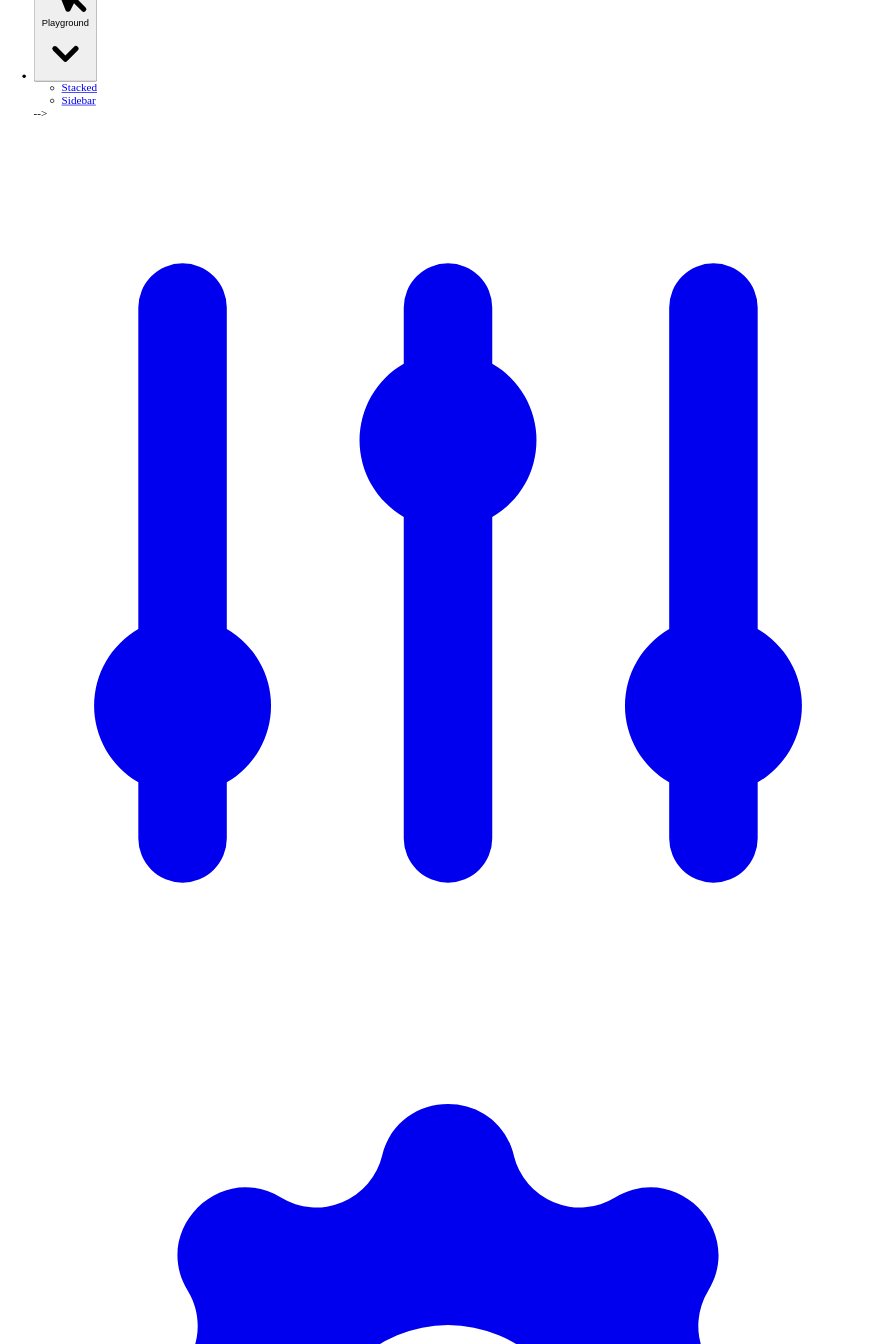
Repository: mosesvk/flowbite-admin-dashboard
Page: layouts/partials/sidebar.html
An editor plug-in stored every save of this project. The page is shown before and after the next save, followed by the edit.
The browser window is 1280 px wide. The pictures show the part of the page from y = 3411 to 5331 px (the page is 6152 px tall before and 7434 px after), at 70% of full size.

Above is the page before, as saved 2023-09-25 07:40:07.

After the next save:
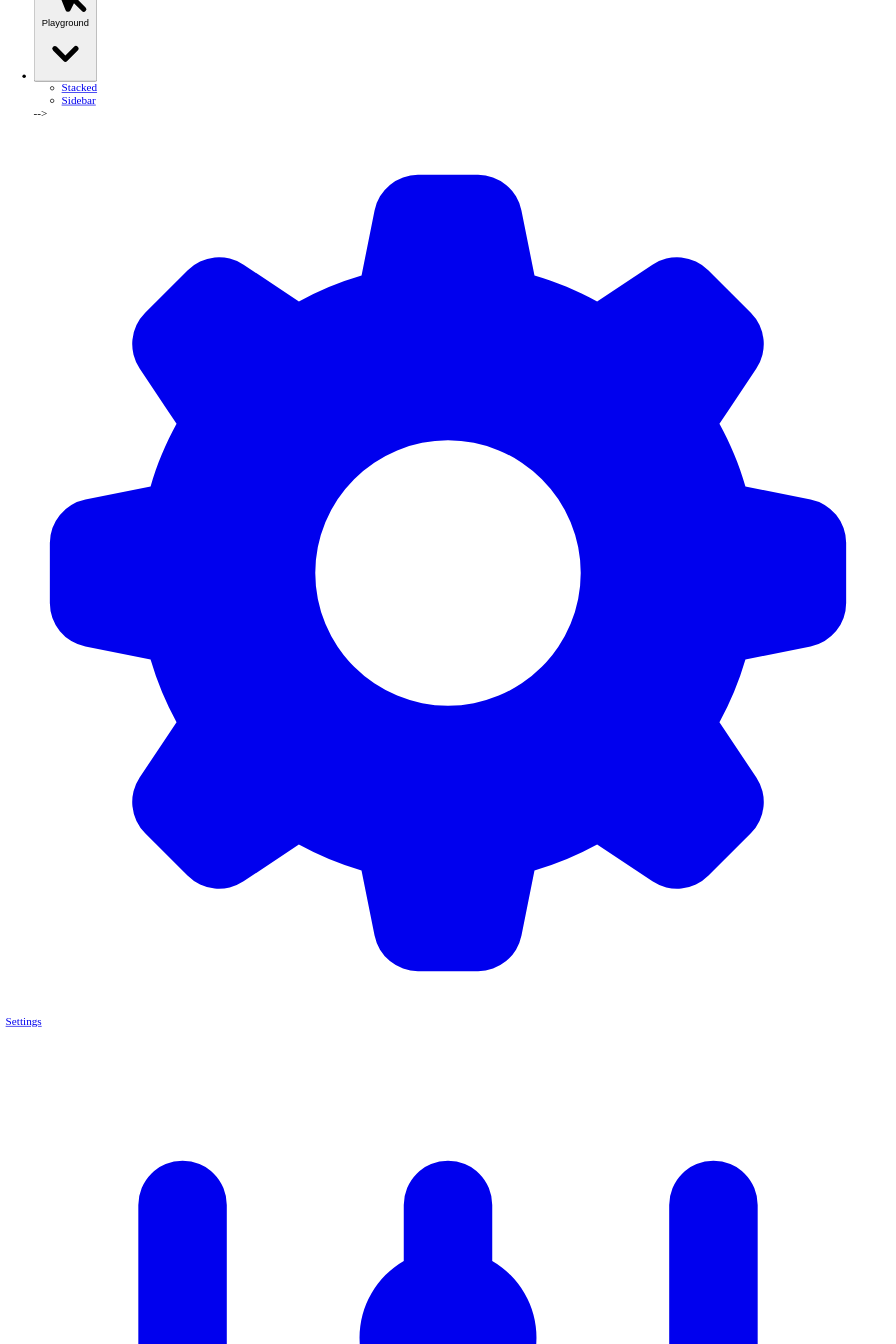
Saved 14 s later.
--- a/layouts/partials/sidebar.html
+++ b/layouts/partials/sidebar.html
@@ -121,7 +121,12 @@
           </li> -->
         </ul>
         <div class="pt-2 space-y-2">
-
+            <a href="{{ "settings/" | relURL }}" class="flex items-center p-2 text-base text-gray-900 rounded-lg hover:bg-gray-100 group dark:text-gray-200 dark:hover:bg-gray-700 {{ if eq $page_slug "settings" }} bg-gray-100 dark:bg-gray-700 {{ end }}">
+                <svg class="w-6 h-6 text-gray-500 transition duration-75 group-hover:text-gray-900 dark:text-gray-400 dark:group-hover:text-white" fill="currentColor" viewBox="0 0 20 20" xmlns="http://www.w3.org/2000/svg" aria-hidden="true">
+                  <path clip-rule="evenodd" fill-rule="evenodd" d="M8.34 1.804A1 1 0 019.32 1h1.36a1 1 0 01.98.804l.295 1.473c.497.144.971.342 1.416.587l1.25-.834a1 1 0 011.262.125l.962.962a1 1 0 01.125 1.262l-.834 1.25c.245.445.443.919.587 1.416l1.473.294a1 1 0 01.804.98v1.361a1 1 0 01-.804.98l-1.473.295a6.95 6.95 0 01-.587 1.416l.834 1.25a1 1 0 01-.125 1.262l-.962.962a1 1 0 01-1.262.125l-1.25-.834a6.953 6.953 0 01-1.416.587l-.294 1.473a1 1 0 01-.98.804H9.32a1 1 0 01-.98-.804l-.295-1.473a6.957 6.957 0 01-1.416-.587l-1.25.834a1 1 0 01-1.262-.125l-.962-.962a1 1 0 01-.125-1.262l.834-1.25a6.957 6.957 0 01-.587-1.416l-1.473-.294A1 1 0 011 10.68V9.32a1 1 0 01.804-.98l1.473-.295c.144-.497.342-.971.587-1.416l-.834-1.25a1 1 0 01.125-1.262l.962-.962A1 1 0 015.38 3.03l1.25.834a6.957 6.957 0 011.416-.587l.294-1.473zM13 10a3 3 0 11-6 0 3 3 0 016 0z"></path>
+                </svg>
+                <span class="ml-3" sidebar-toggle-item>Settings</span>
+            </a>
         </div>
       </div>
     </div>

After the save that followed:
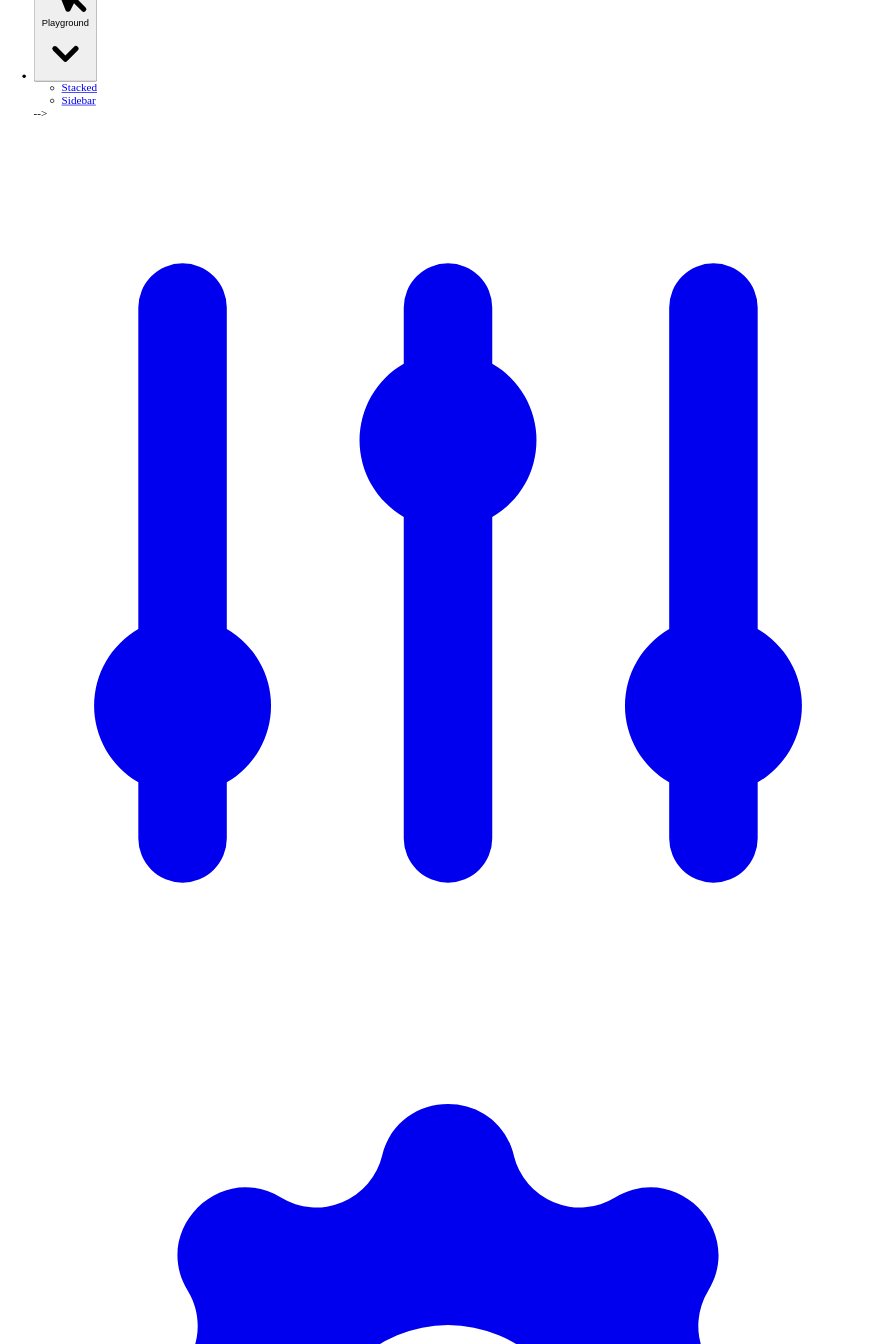
Saved 2 min 52 s later.
--- a/layouts/partials/sidebar.html
+++ b/layouts/partials/sidebar.html
@@ -121,12 +121,7 @@
           </li> -->
         </ul>
         <div class="pt-2 space-y-2">
-            <a href="{{ "settings/" | relURL }}" class="flex items-center p-2 text-base text-gray-900 rounded-lg hover:bg-gray-100 group dark:text-gray-200 dark:hover:bg-gray-700 {{ if eq $page_slug "settings" }} bg-gray-100 dark:bg-gray-700 {{ end }}">
-                <svg class="w-6 h-6 text-gray-500 transition duration-75 group-hover:text-gray-900 dark:text-gray-400 dark:group-hover:text-white" fill="currentColor" viewBox="0 0 20 20" xmlns="http://www.w3.org/2000/svg" aria-hidden="true">
-                  <path clip-rule="evenodd" fill-rule="evenodd" d="M8.34 1.804A1 1 0 019.32 1h1.36a1 1 0 01.98.804l.295 1.473c.497.144.971.342 1.416.587l1.25-.834a1 1 0 011.262.125l.962.962a1 1 0 01.125 1.262l-.834 1.25c.245.445.443.919.587 1.416l1.473.294a1 1 0 01.804.98v1.361a1 1 0 01-.804.98l-1.473.295a6.95 6.95 0 01-.587 1.416l.834 1.25a1 1 0 01-.125 1.262l-.962.962a1 1 0 01-1.262.125l-1.25-.834a6.953 6.953 0 01-1.416.587l-.294 1.473a1 1 0 01-.98.804H9.32a1 1 0 01-.98-.804l-.295-1.473a6.957 6.957 0 01-1.416-.587l-1.25.834a1 1 0 01-1.262-.125l-.962-.962a1 1 0 01-.125-1.262l.834-1.25a6.957 6.957 0 01-.587-1.416l-1.473-.294A1 1 0 011 10.68V9.32a1 1 0 01.804-.98l1.473-.295c.144-.497.342-.971.587-1.416l-.834-1.25a1 1 0 01.125-1.262l.962-.962A1 1 0 015.38 3.03l1.25.834a6.957 6.957 0 011.416-.587l.294-1.473zM13 10a3 3 0 11-6 0 3 3 0 016 0z"></path>
-                </svg>
-                <span class="ml-3" sidebar-toggle-item>Settings</span>
-            </a>
+
         </div>
       </div>
     </div>
